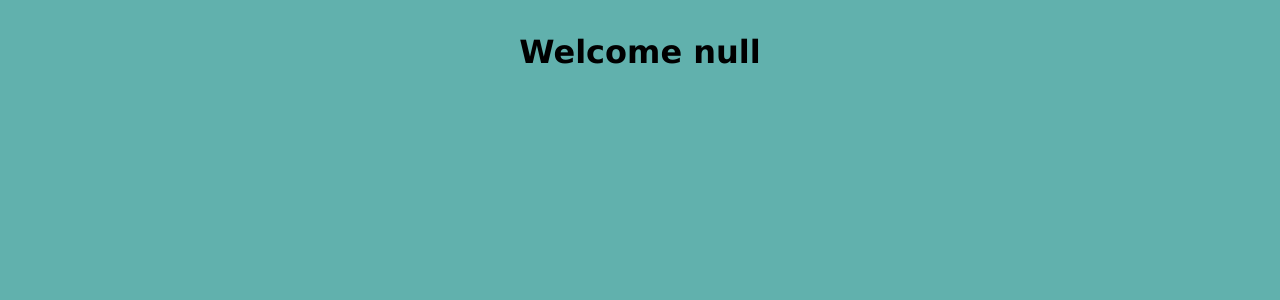
Repository: orsolyanemet/WebProject
Page: http://localhost/Project/userhome.jsp
The author's editor kept a copy of each file at every save. The page is drawn from the files as they stood at one save, then again after the next save.
The browser window is 1280 px wide. The pictures show the whole page.
The page is served by Tomcat 9. Nobody is signed in. The application's start-up code is not run.

Above is the page before, as saved 2018-06-11 19:27:47.

After the next save:
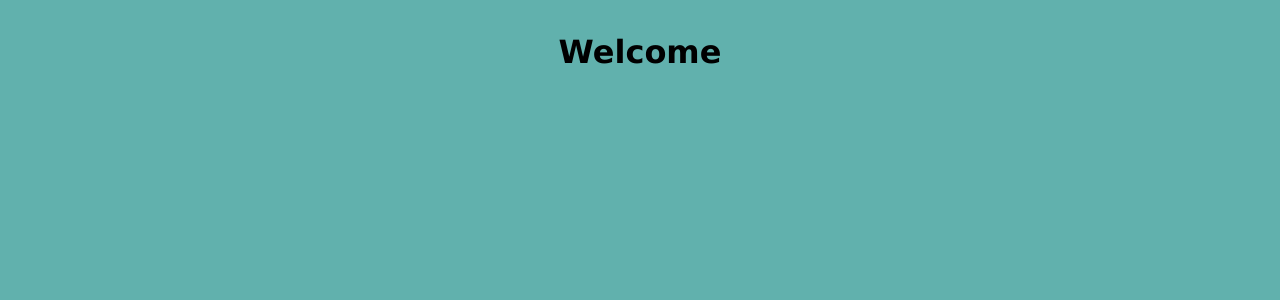
Saved 104 s later.
--- a/Project/WebContent/userhome.jsp
+++ b/Project/WebContent/userhome.jsp
@@ -6,7 +6,7 @@
 <link rel="stylesheet" type="text/css" href="styles/loginStyle.css">
 </head>
 <body>
-	<h1>Welcome <%=request.getSession().getAttribute("username")%></h1>
+	<h1>Welcome ${msgIncorrectData}</h1>
 
 </body>
 </html>
